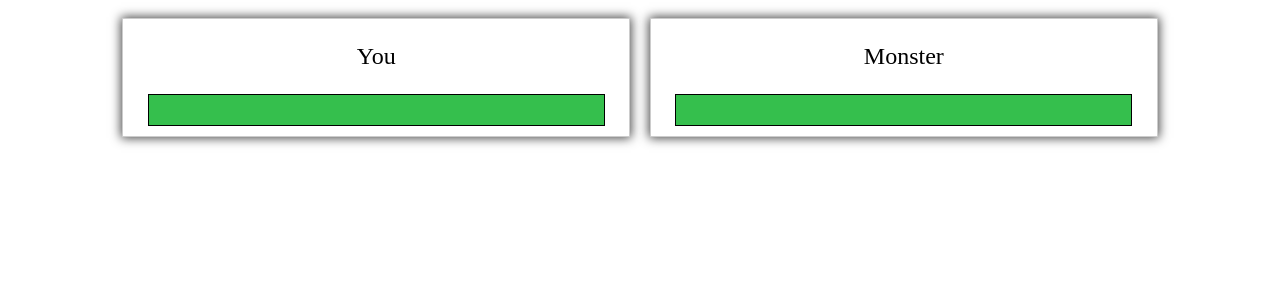
Repository: jakublack/game-fight-vue
Page: /
An editor plug-in stored every save of this project. The page is shown before and after a run of saves, followed by the edit.
The browser window is 1280 px wide. The pictures show the whole page.
The project was rebuilt for these pictures with package versions that can differ from the ones it lists, and the page was loaded fresh each time.

Above is the page before, as saved 2018-08-08 20:47:21.

### public/index.html
<!DOCTYPE html>
<html lang="en">
  <head>
    <meta charset="utf-8">
    <meta http-equiv="X-UA-Compatible" content="IE=edge">
    <meta name="viewport" content="width=device-width,initial-scale=1.0">
    <link rel="icon" href="<%= BASE_URL %>favicon.ico">
    <title>game-app</title>
  </head>
  <body>
    <noscript>
      <strong>We're sorry but game-app doesn't work properly without JavaScript enabled. Please enable it to continue.</strong>
    </noscript>
    <div id="app"></div>
    <!-- built files will be auto injected -->
  </body>
</html>

### src/components/Game.vue
<template>
  <div class="wrapper--app">
    <div class="wrapper--person">
      <div class="person--player">
        <p>You</p>
        <div class="person--health player--health"></div>
      </div>
      <div class="person--player">
        <p>Monster</p>
        <div class="person--health monster--health"></div>
      </div>
    </div>


  </div>

</template>

<script>
export default {
  name: 'Game',

}
</script>

<!-- Add "scoped" attribute to limit CSS to this component only -->
<style scss scoped>

.wrapper--person {
  text-align: center;
}

.person--player {
  width: 40%;
  display: inline-block;
  margin: 10px;
  text-align: center;
  border: 1px solid #ccc;
  box-shadow: 0px 0px 10px 1px rgba(0,0,0,0.75);
}

.person--player p {
  font-size: 24px;
}

.person--health {
  width: 90%;
  height: 30px;
  margin: 10px auto;
  background-color: #35BF4D;
  border: 1px solid #000;

}



</style>

Loaded but not shown: src/main.js (common file); src/App.vue (common file)

After the next 5 saves:
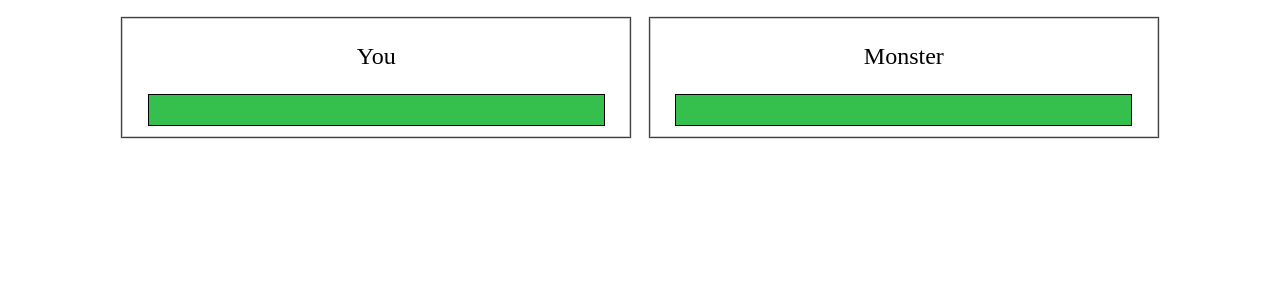
The 5 saves are shown as one change because they came seconds apart.
The last was saved 17 s later.
--- a/src/components/Game.vue
+++ b/src/components/Game.vue
@@ -36,7 +36,7 @@ export default {
   margin: 10px;
   text-align: center;
   border: 1px solid #ccc;
-  box-shadow: 0px 0px 10px 1px rgba(0,0,0,0.75);
+  box-shadow: 0px 0px 1px 1px rgba(0,0,0,0.75);
 }
 
 .person--player p {
